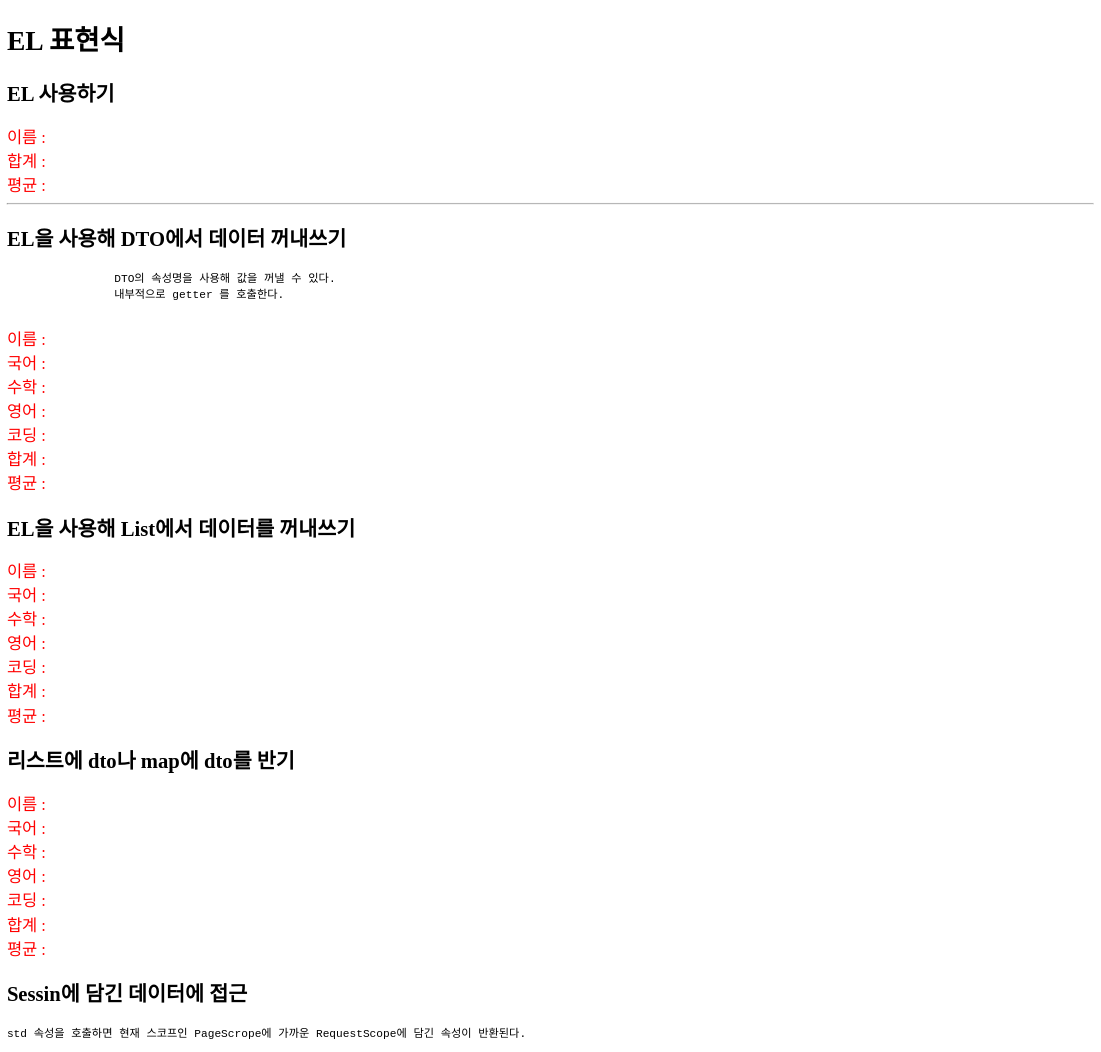
Repository: vaynel/StudyFile
Page: http://localhost/spring04_jsp/WEB-INF/views/el-jstl/el.jsp
An editor plug-in stored every save of this project. The page is shown before and after the next save, followed by the edit.
The browser window is 1280 px wide. The pictures show the whole page, at 86% of full size.
The page is served by Tomcat 9. Nobody is signed in. The template is opened directly, without the code that normally fills it, so the values that code supplies are empty.

Above is the page before, as saved 2023-01-20 00:40:41.

After the next save:
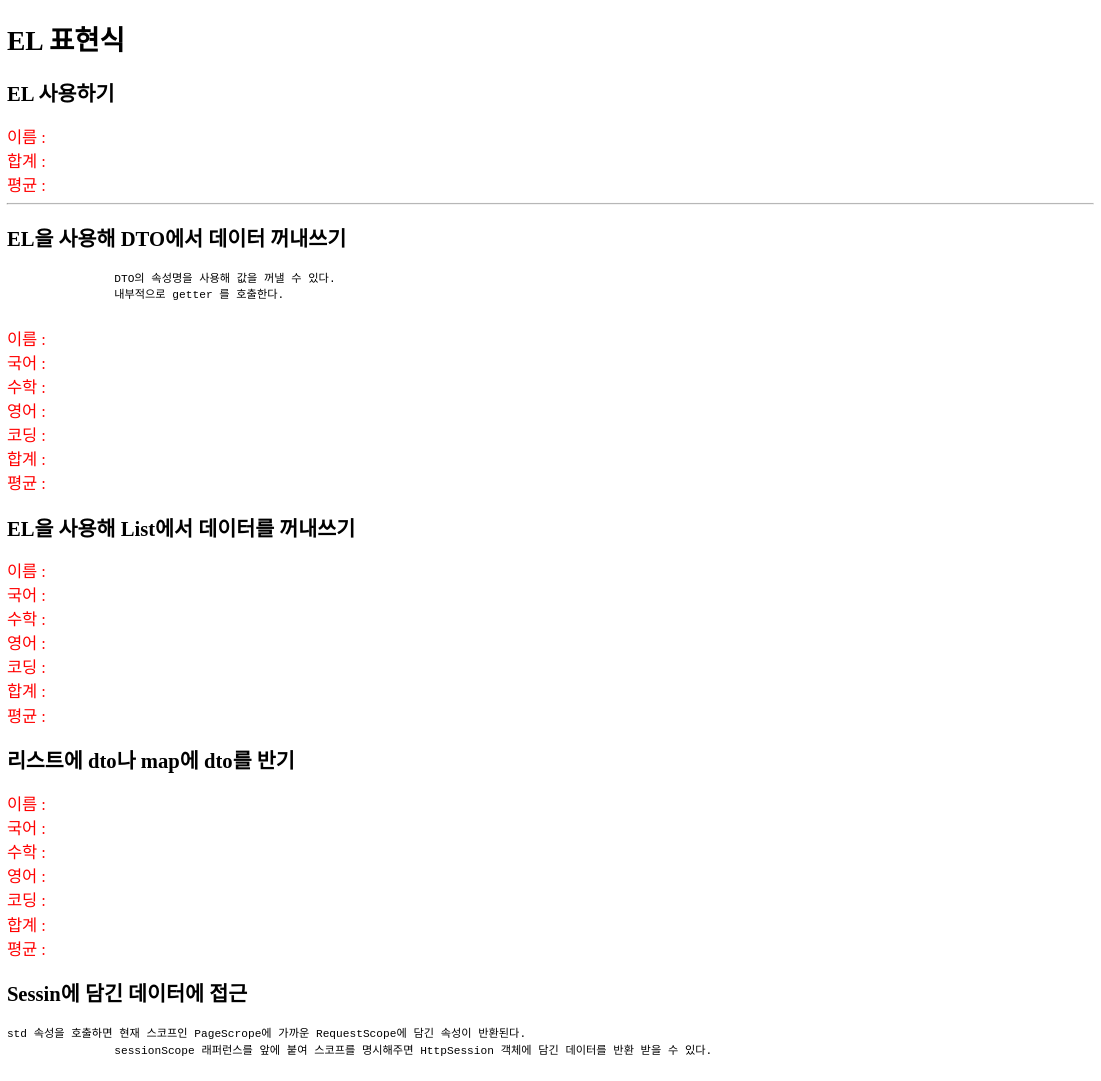
Saved 43 s later.
--- a/H_spring/spring04_jsp/WebContent/WEB-INF/views/el-jstl/el.jsp
+++ b/H_spring/spring04_jsp/WebContent/WEB-INF/views/el-jstl/el.jsp
@@ -78,7 +78,9 @@
 
 	<h2>Sessin에 담긴 데이터에 접근</h2>
 	<span>${session}</span>
-	<pre>std 속성을 호출하면 현재 스코프인 PageScrope에 가까운 RequestScope에 담긴 속성이 반환된다.</pre>
+	<pre>std 속성을 호출하면 현재 스코프인 PageScrope에 가까운 RequestScope에 담긴 속성이 반환된다.
+		sessionScope 래퍼런스를 앞에 붙여 스코프를 명시해주면 HttpSession 객체에 담긴 데이터를 반환 받을 수 있다.
+	</pre>
 	<span>${std}</span>
 
 
